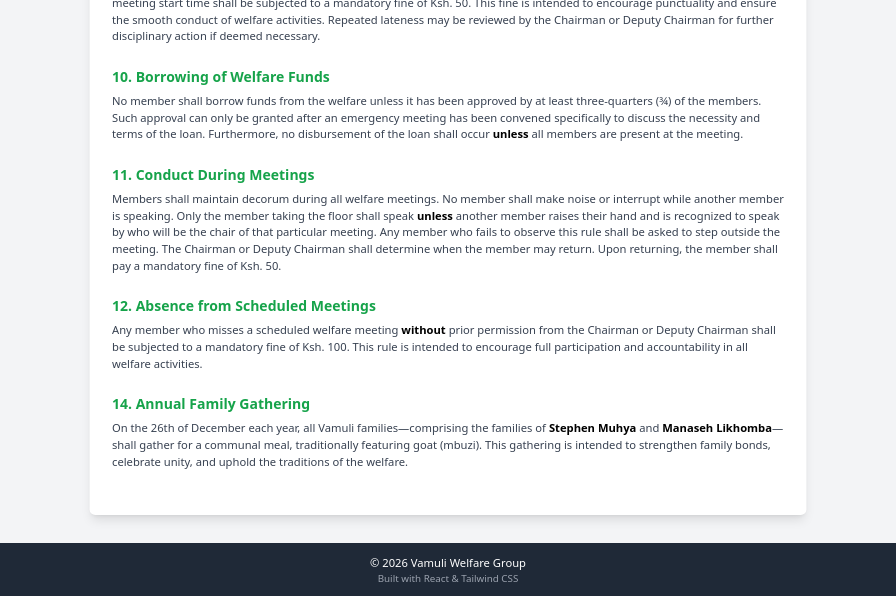
Repository: Engineer-collo/Vamuli-welfare
Page: /constitution
The author's editor kept a copy of each file at every save. The page is drawn from the files as they stood at one save, then again after a run of saves.
The browser window is 1280 px wide. The pictures show the part of the page from y = 1404 to 3324 px (the page is 2256 px tall before and 3324 px after), at 70% of full size.
The project was rebuilt for these pictures with package versions that can differ from the ones it lists, and the page was loaded fresh each time. Also part of the build but not shown: vite.config.js, src/pages/contributionsData.js, src/pages/Home.jsx, src/pages/Members.jsx, src/pages/ContributionsTable.jsx, src/pages/About.jsx.

Above is the page before, as saved 2026-03-16 16:29:01.

After the next 11 saves:
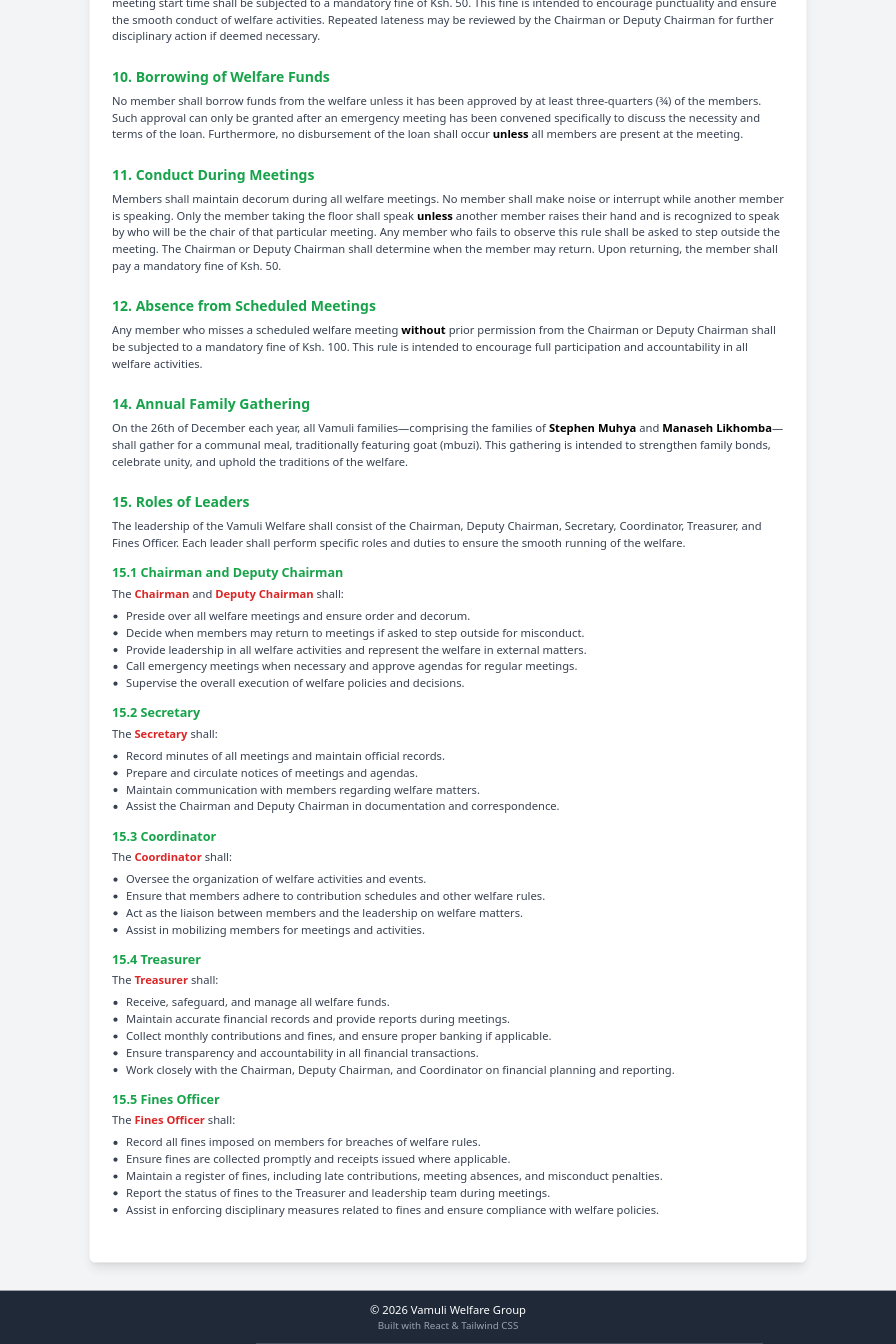
The 11 saves are shown as one change because 1 did not build or start and some came seconds apart.
The last was saved 77 min 24 s later.
--- a/src/pages/WelfareConstituion.jsx
+++ b/src/pages/WelfareConstituion.jsx
@@ -234,7 +234,92 @@ function Constitution() {
     This gathering is intended to strengthen family bonds, celebrate unity,
     and uphold the traditions of the welfare.
   </p>
-</section>    </div>
+</section>
+<section>
+<section className="mb-8">
+  <h2 className="text-xl font-semibold text-green-600 mb-2">
+    15. Roles of Leaders
+  </h2>
+
+  <p className="text-gray-700">
+    The leadership of the Vamuli Welfare shall consist of the Chairman, Deputy
+    Chairman, Secretary, Coordinator, Treasurer, and Fines Officer. Each leader
+    shall perform specific roles and duties to ensure the smooth running of the welfare.
+  </p>
+
+  <h3 className="text-lg font-semibold text-green-600 mt-4 mb-1">
+    15.1 Chairman and Deputy Chairman
+  </h3>
+  <p className="text-gray-700">
+    The <span className="font-semibold text-red-600">Chairman</span> and <span className="font-semibold text-red-600">Deputy Chairman</span> shall:
+    <ul className="list-disc ml-5 mt-2">
+      <li>Preside over all welfare meetings and ensure order and decorum.</li>
+      <li>Decide when members may return to meetings if asked to step outside for misconduct.</li>
+      <li>Provide leadership in all welfare activities and represent the welfare in external matters.</li>
+      <li>Call emergency meetings when necessary and approve agendas for regular meetings.</li>
+      <li>Supervise the overall execution of welfare policies and decisions.</li>
+    </ul>
+  </p>
+
+  <h3 className="text-lg font-semibold text-green-600 mt-4 mb-1">
+    15.2 Secretary
+  </h3>
+  <p className="text-gray-700">
+    The <span className="font-semibold text-red-600">Secretary</span> shall:
+    <ul className="list-disc ml-5 mt-2">
+      <li>Record minutes of all meetings and maintain official records.</li>
+      <li>Prepare and circulate notices of meetings and agendas.</li>
+      <li>Maintain communication with members regarding welfare matters.</li>
+      <li>Assist the Chairman and Deputy Chairman in documentation and correspondence.</li>
+    </ul>
+  </p>
+
+  <h3 className="text-lg font-semibold text-green-600 mt-4 mb-1">
+    15.3 Coordinator
+  </h3>
+  <p className="text-gray-700">
+    The <span className="font-semibold text-red-600">Coordinator</span> shall:
+    <ul className="list-disc ml-5 mt-2">
+      <li>Oversee the organization of welfare activities and events.</li>
+      <li>Ensure that members adhere to contribution schedules and other welfare rules.</li>
+      <li>Act as the liaison between members and the leadership on welfare matters.</li>
+      <li>Assist in mobilizing members for meetings and activities.</li>
+    </ul>
+  </p>
+
+  <h3 className="text-lg font-semibold text-green-600 mt-4 mb-1">
+    15.4 Treasurer
+  </h3>
+  <p className="text-gray-700">
+    The <span className="font-semibold text-red-600">Treasurer</span> shall:
+    <ul className="list-disc ml-5 mt-2">
+      <li>Receive, safeguard, and manage all welfare funds.</li>
+      <li>Maintain accurate financial records and provide reports during meetings.</li>
+      <li>Collect monthly contributions and fines, and ensure proper banking if applicable.</li>
+      <li>Ensure transparency and accountability in all financial transactions.</li>
+      <li>Work closely with the Chairman, Deputy Chairman, and Coordinator on financial planning and reporting.</li>
+    </ul>
+  </p>
+
+  <h3 className="text-lg font-semibold text-green-600 mt-4 mb-1">
+    15.5 Fines Officer
+  </h3>
+  <p className="text-gray-700">
+    The <span className="font-semibold text-red-600">Fines Officer</span> shall:
+    <ul className="list-disc ml-5 mt-2">
+      <li>Record all fines imposed on members for breaches of welfare rules.</li>
+      <li>Ensure fines are collected promptly and receipts issued where applicable.</li>
+      <li>Maintain a register of fines, including late contributions, meeting absences, and misconduct penalties.</li>
+      <li>Report the status of fines to the Treasurer and leadership team during meetings.</li>
+      <li>Assist in enforcing disciplinary measures related to fines and ensure compliance with welfare policies.</li>
+    </ul>
+  </p>
+</section>
+</section>
+
+</div>
+
+
   );
 }
 
